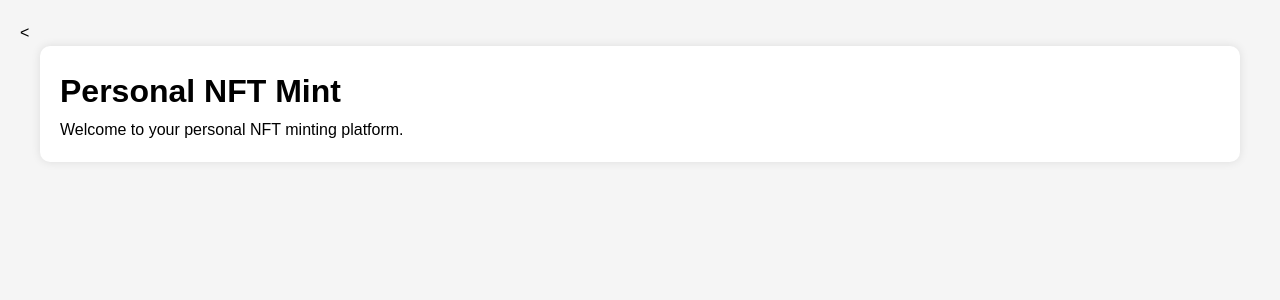
Repository: Ch3fC0d3/-MACT6340
Page: index.html
An editor plug-in stored every save of this project. The page is shown before and after a run of saves, followed by the edit.
The browser window is 1280 px wide. The pictures show the whole page.

Above is the page before, as saved 2025-01-15 09:54:50.

After the next 4 saves:
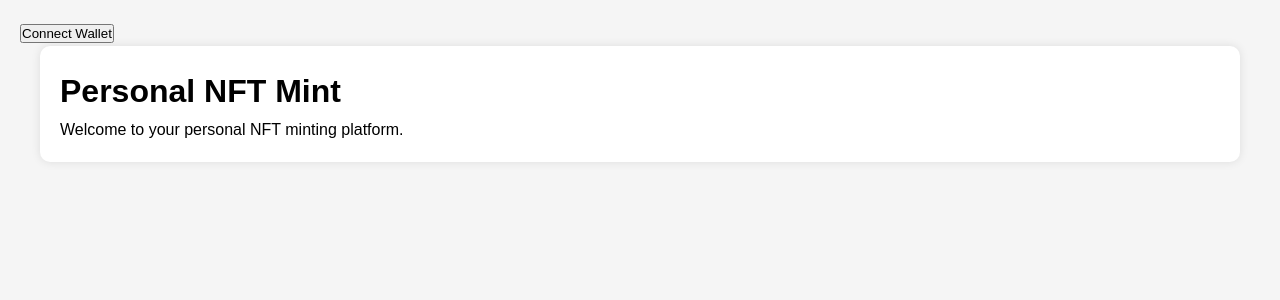
The 4 saves are shown as one change because they came seconds apart.
The last was saved 13 s later.
--- a/index.html
+++ b/index.html
@@ -11,7 +11,7 @@
     <link rel="stylesheet" href="./CSS/style.css">
 </head>
 <body>
-    <
+    <button id="connectButton">Connect Wallet</button>
     <script type="module" src="./js/index.js"></script>
 </body>
 </html>
